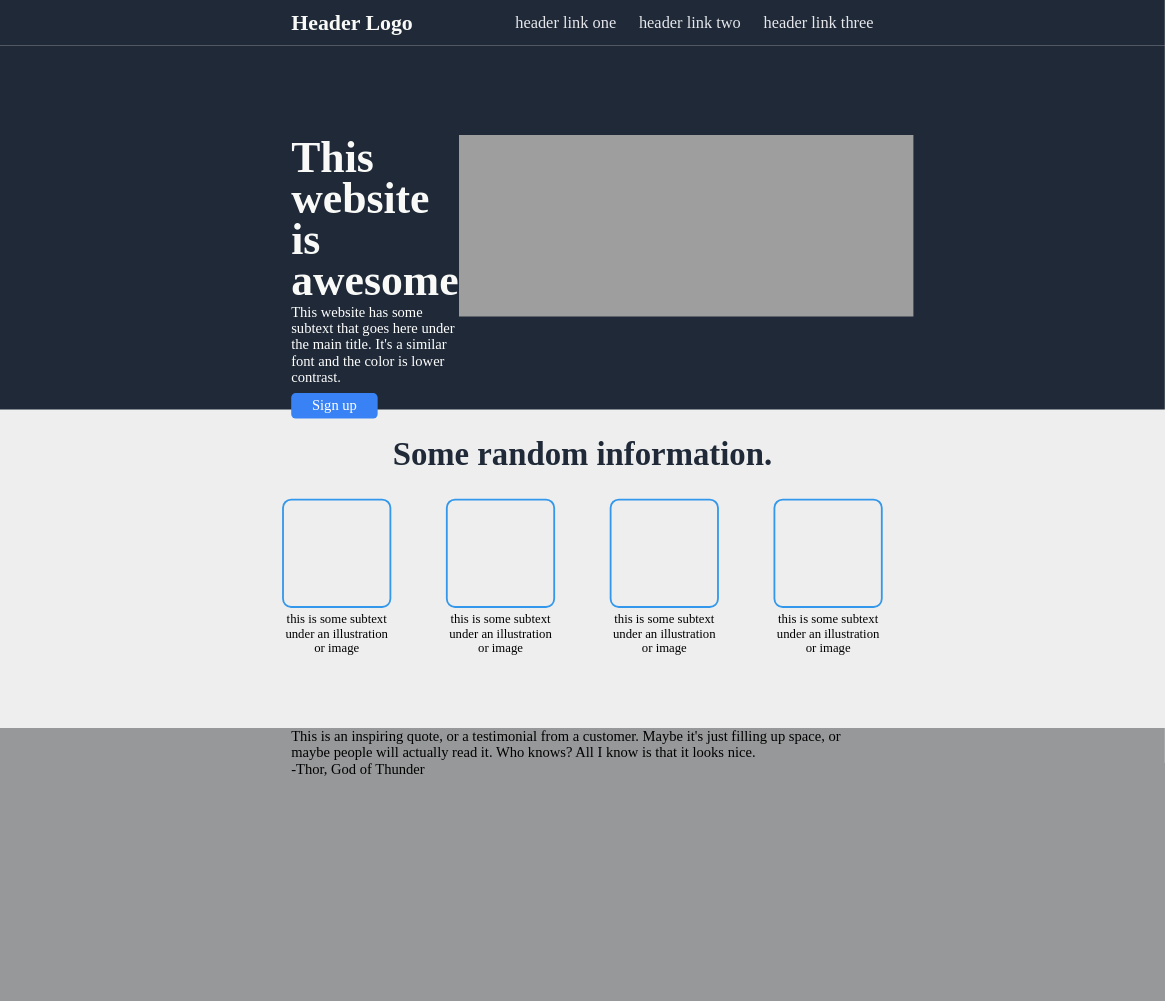
Repository: Pafestivo/Dummy-Landing-Page
Page: index.html
An editor plug-in stored every save of this project. The page is shown before and after the next save, followed by the edit.
The browser window is 1280 px wide. The pictures show the whole page, at 91% of full size.
Pictures or frames that could not be fetched are drawn as grey boxes.

Above is the page before, as saved 2022-09-26 19:14:29.

### index.html
<!DOCTYPE html>
<html lang="en">
<head>
    <meta charset="UTF-8">
    <meta name="viewport" content="width=device-width, initial-scale=1.0">
    <link rel="stylesheet" href="styles.css">
    <title>Landing Page</title>
</head>
<body>
    <header>
        <div class="container">
            <h1>Header Logo</h1>
            <nav>
                <a href="#">header link one</a>
                <a href="#">header link two</a>
                <a href="#">header link three</a>
            </nav>
        </div> <!-- /container-->
    </header>
    <main>
        <section class="first">
            <div class="container">

                <div class="right">
                    <h1>This website is awesome</h1>
                    <p>This website has some subtext that goes here under the main title. It's a similar font and the color is lower contrast.</p>
                    <a href="#">Sign up</a>
                </div> <!-- /right -->

                <div class="left">
                    <img src="images/office.jpg" alt="Office desk photo" />
                </div> <!-- /left -->

            </div> <!-- /container-->
        </section> <!-- /first -->

        <section class="second">
            <div class="container">

                <h1>Some random information.</h1>
                <div class="boxes">
                    <div class="info">
                        <div class="box"></div>
                        <div class="box-info">
                            <p>this is some subtext under an illustration or image</p>
                        </div> <!-- /box-info -->
                    </div> <!-- /info -->

                    <div class="info">
                        <div class="box"></div>
                        <div class="box-info">
                            <p>this is some subtext under an illustration or image</p>
                        </div> <!-- /box-info -->
                    </div> <!-- /info -->

                    <div class="info">
                        <div class="box"></div>
                        <div class="box-info">
                            <p>this is some subtext under an illustration or image</p>
                        </div> <!-- /box-info -->
                    </div> <!-- /info -->

                    <div class="info">
                        <div class="box"></div>
                        <div class="box-info">
                            <p>this is some subtext under an illustration or image</p>
                        </div> <!-- /box-info -->
                    </div> <!-- /info -->

                </div> <!-- /boxes-->
            </div> <!-- /container-->
        </section> <!-- /second -->

        <section class="third">
            <div class="container">
                <p>This is an inspiring quote, or a testimonial from a customer. Maybe it's just filling up space, or maybe people will actually read it. Who knows? All I know is that it looks nice.</p>
                <p class="quote-owner">-Thor, God of Thunder</p>
            </div> <!-- /container-->
        </section> <!-- /third -->

        <section class="fourth">
            <div class="container">

            </div> <!-- /container-->
        </section> <!-- /fourth -->

        <footer>

        </footer>
    </main>
</body>
</html>

### styles.css
* {
  padding: 0;
  margin: 0;
  box-sizing: border-box;
}

body {
  font-family: serif;
  background-color: #eee;
}

.container {
  width: 50vw;
  margin: 0 auto;
}

a {
  text-decoration: none;
  color: inherit;
}

/* header bar */
header {
  display: flex;
  align-items: center;
  background-color: #1F2937;
  color: #fff;
  height: 50px;
}

header h1 {
  font-size: 24px;
  color: #F9FAF8;
}

header .container {
  display: flex;
  justify-content: space-between;
}

header nav {
  display: flex;
  align-items: center;
  gap: 25px;
}

header a {
  font-size: 18px;
  color: #E5E7EB;
}
/* End header bar  */

/* First section  */
.first {
  background-color: #1F2937;
  height: 400px;
  color: #fff;
}

.first .container {
  display: flex;
  align-items: center;
  justify-content: space-between;
  height: 100%;
}

.right {
  display: flex;
  flex-direction: column;
  gap: 4px;
  height: 200px;
  width: 40%;
}

.right h1 {
  font-size: 48px;
  font-weight: extra-bold;
  color: #F9FAF8;
  line-height: 45px;
}

right p {
  font-size: 18px;
  color: #E5E7EB;
}

.first img {
  width: 500px;
  height: 200px;
}

.first a {
  background-color: #3882F6;
  width: 95px;
  padding: 5px;
  border-radius: 5px;
  margin-top: 4px;
  text-align: center;

}
/* End first section  */

/* Second section */
.second {
  height: 350px;
}

.second h1 {
  text-align: center;
  font-size: 36px;
  font-weight: extra-bold;
  color: #1F2937;
  padding: 28px 0 28px 0;
}

.boxes {
  display: flex;
  justify-content: center;
  gap: 60px;
}

.box {
  width: 120px;
  height: 120px;
  border: 2px solid hsl(207, 82%, 56%);
  border-radius: 10px;
}

.box-info {
  margin-top: 5px;
  width: 120px;
  font-size: 14px;
  text-align: center;
}
/* End second section  */

/* Third section  */
.third {
  background-color: #979899;
  height: 300px;
}
/* End third section  */

After the next save:
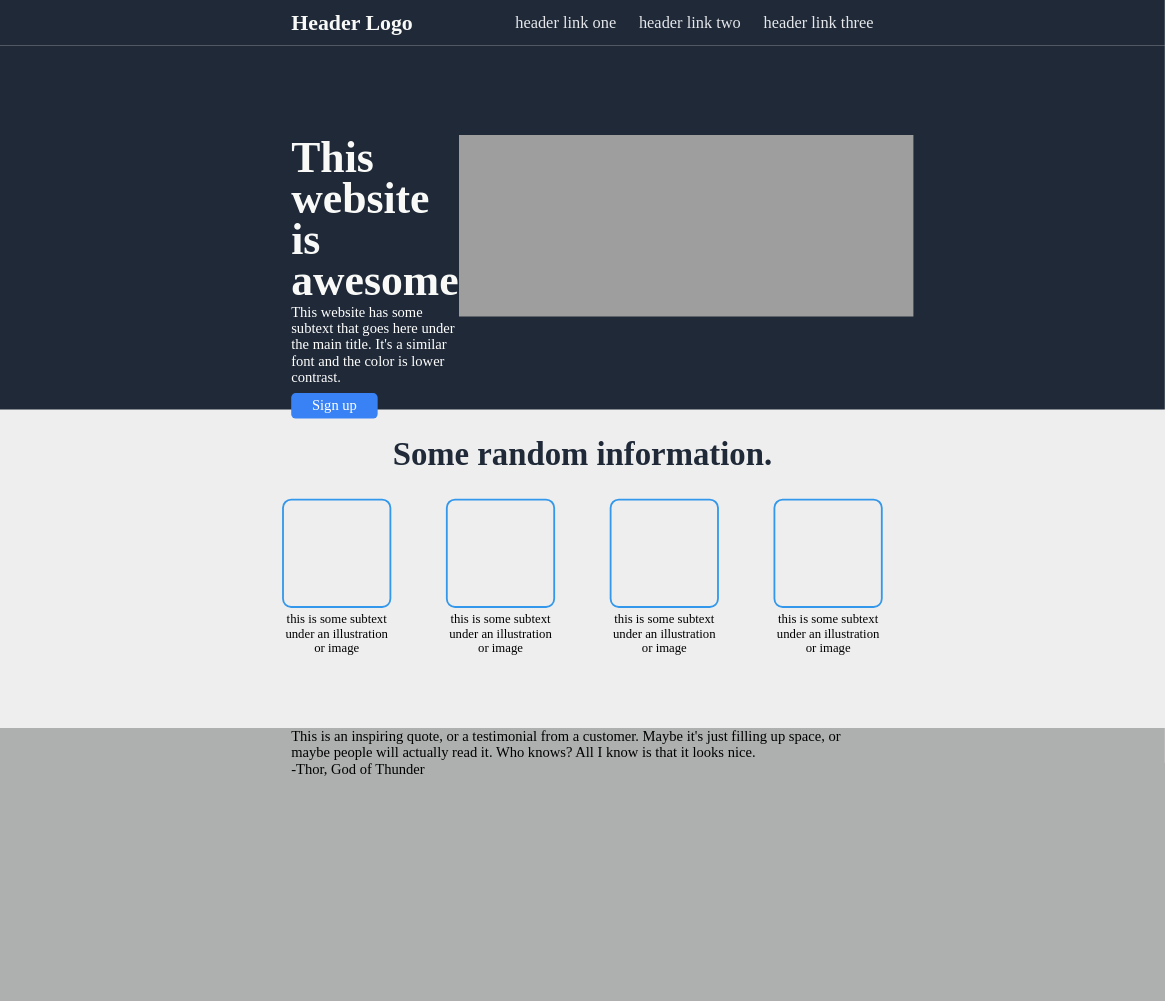
Saved 10 s later.
--- a/styles.css
+++ b/styles.css
@@ -136,7 +136,7 @@ right p {
 
 /* Third section  */
 .third {
-  background-color: #979899;
+  background-color: #aeafaf;
   height: 300px;
 }
 /* End third section  */
